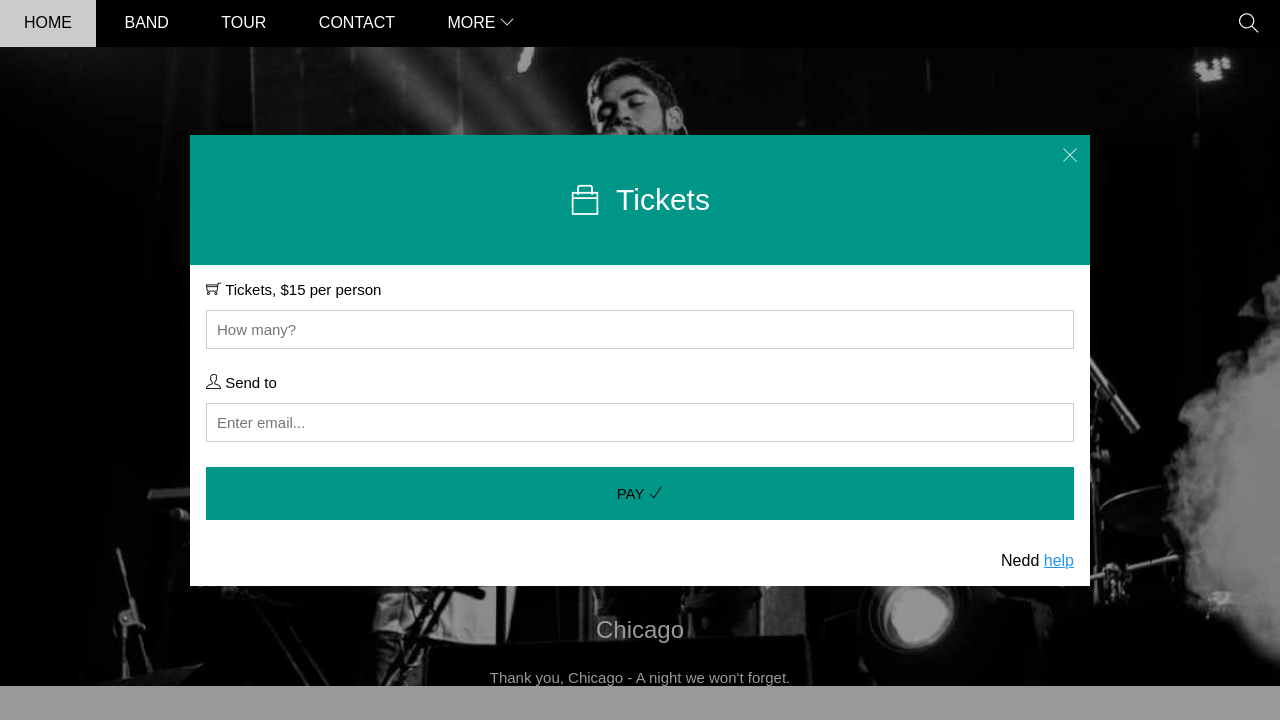
Repository: Thanhtrunghoang123/the-band
Page: index.html
These files come from the project's save history. The page is drawn as it stood at one moment and after the next save; the edit follows.
The browser window is 1280 px wide. The pictures show the window.
A layer covers the whole window, so only the first screen is drawn.

Above is the page before, as saved 2022-07-22 07:31:38.
Console error: TypeError: Cannot read properties of null (reading 'addEventListener')

After the next save:
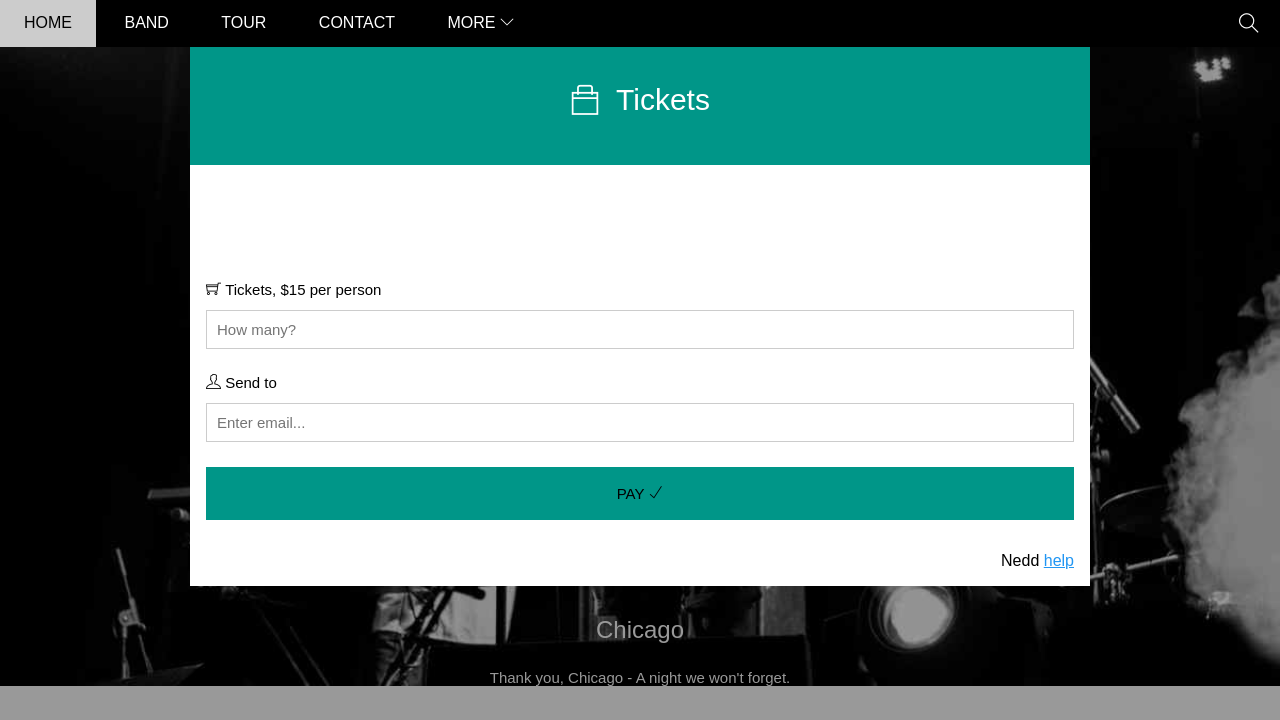
Saved 4 min 42 s later.
--- a/assest/css/style.css
+++ b/assest/css/style.css
@@ -303,6 +303,7 @@
     display: flex;
     align-items: center;
     justify-content: center;
+    transform: translateY(-100px);
 
 }
 
@@ -369,3 +370,9 @@
 #footer{
 
 }
+
+@keyframes modalFadeIn {
+    from{
+
+    }
+}

After the 5 saves that followed:
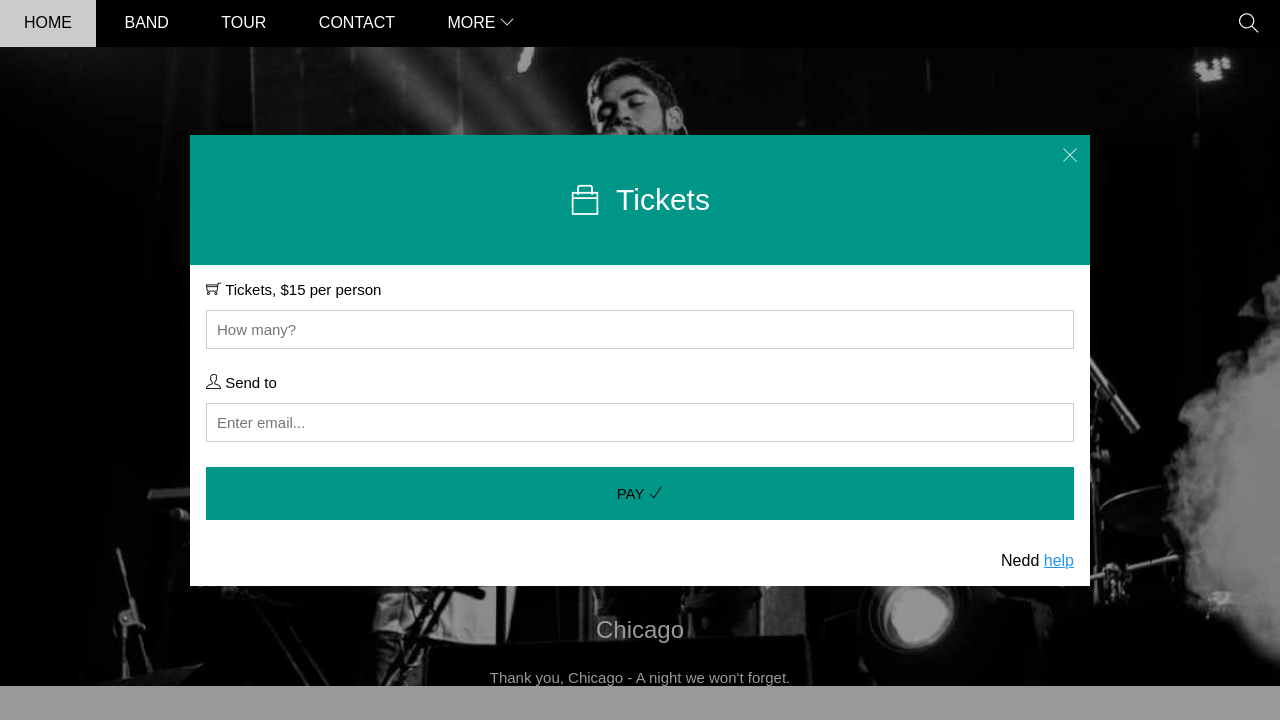
The 5 saves are shown as one change because 4 left the picture as it was.
The last was saved 3 min 58 s later.
--- a/assest/css/style.css
+++ b/assest/css/style.css
@@ -291,6 +291,7 @@
     max-width: calc(100%-32px);
     min-height: 200px;
     position: relative;
+    animation: modalFadeIn ease 0.3s;
 
 
 }
@@ -303,8 +304,6 @@
     display: flex;
     align-items: center;
     justify-content: center;
-    transform: translateY(-100px);
-
 }
 
 .modal-heading-icon{
@@ -373,6 +372,12 @@
 
 @keyframes modalFadeIn {
     from{
-
+        opacity: 0;
+        transform: translateY(-100px);
     }
-}
+
+    to{
+        opacity: 1;
+        transform: translateY( 0px);
+    }
+}
